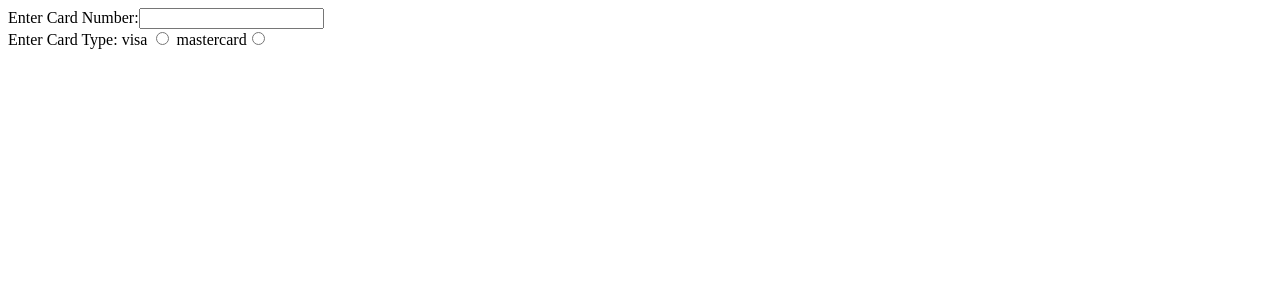
Repository: kiiigaaa/User_Profile
Page: http://localhost/GroceryOrdering/insertPay.jsp
An editor plug-in stored every save of this project. The page is shown before and after the next save, followed by the edit.
The browser window is 1280 px wide. The pictures show the whole page.
The page is served by Tomcat 9. Other server files are loaded and not shown.

Above is the page before, as saved 2022-11-10 10:40:32.

### GroceryOrdering/src/main/webapp/insertPay.jsp
<%@ page language="java" contentType="text/html; charset=ISO-8859-1"
    pageEncoding="ISO-8859-1"%>
<!DOCTYPE html>
<html>
<head>
<meta charset="ISO-8859-1">
<title>Insert title here</title>
</head>
<body>

	<form action="#" method="post">

		Enter Card Number:<input type="text" name="cardNo"> <br>
		Enter Card Type: <lable>visa </lable><input type="radio" id="visa" name="ctype" value="visa" >
						 <label>mastercard</label><input type="radio" id="mastercard" name="ctype" value="mastercard">

	</form>

</body>
</html>

After the next save:
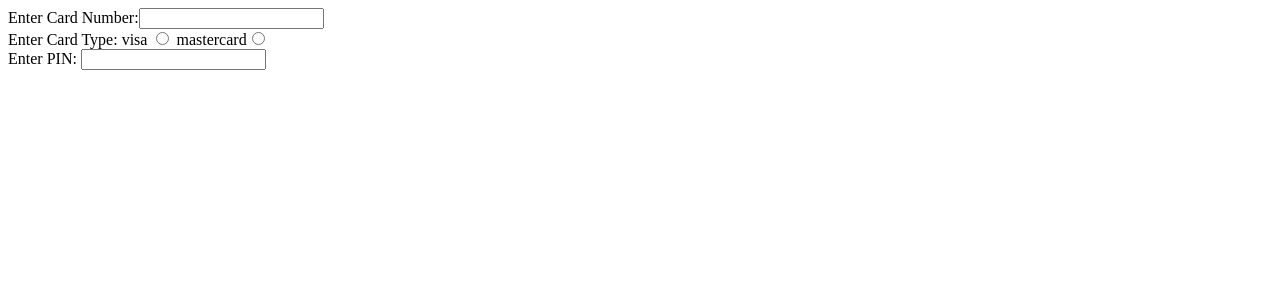
Saved 8 min 3 s later.
--- a/GroceryOrdering/src/main/webapp/insertPay.jsp
+++ b/GroceryOrdering/src/main/webapp/insertPay.jsp
@@ -12,7 +12,9 @@
 
 		Enter Card Number:<input type="text" name="cardNo"> <br>
 		Enter Card Type: <lable>visa </lable><input type="radio" id="visa" name="ctype" value="visa" >
-						 <label>mastercard</label><input type="radio" id="mastercard" name="ctype" value="mastercard">
+						 <label>mastercard</label><input type="radio" id="mastercard" name="ctype" value="mastercard"><br>
+		Enter PIN: <input type="text" name="pin">
+
 
 	</form>
 
